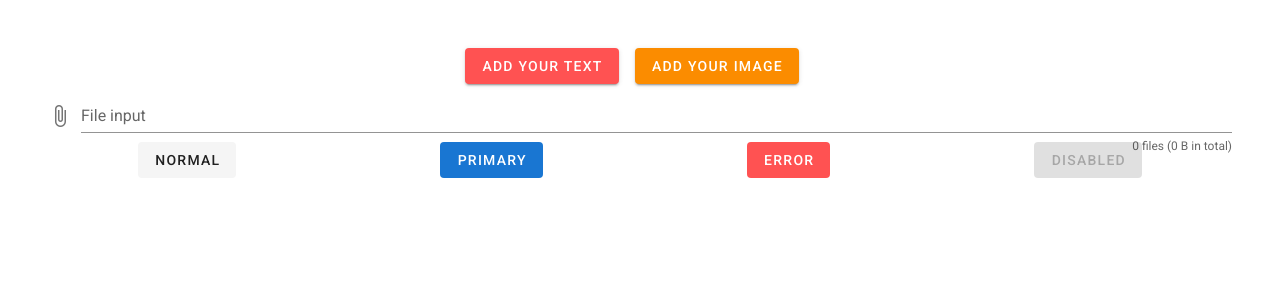
Repository: Hamagistral/BannerApp-Vue
Page: /#/dynamicPage
An editor plug-in stored every save of this project. The page is shown before and after the next save, followed by the edit.
The browser window is 1280 px wide. The pictures show the whole page.
The project was rebuilt for these pictures with package versions that can differ from the ones it lists, and the page was loaded fresh each time. Also part of the build but not shown: vue.config.js, src/components/WidgetText.vue, src/components/WidgetImage.vue, src/components/Home.vue.

Above is the page before, as saved 2023-02-07 01:34:23.

### public/index.html
<!DOCTYPE html>
<html lang="en">
  <head>
    <meta charset="utf-8">
    <meta http-equiv="X-UA-Compatible" content="IE=edge">
    <meta name="viewport" content="width=device-width,initial-scale=1.0">
    <link rel="icon" href="<%= BASE_URL %>favicon.ico">
    <title>Banner App</title>
    <link rel="stylesheet" href="https://fonts.googleapis.com/css?family=Roboto:100,300,400,500,700,900">
    <link rel="stylesheet" href="https://cdn.jsdelivr.net/npm/@mdi/font@latest/css/materialdesignicons.min.css">
  </head>
  <body>
    <noscript>
      <strong>We're sorry but Banner App doesn't work properly without JavaScript enabled. Please enable it to continue.</strong>
    </noscript>
    <div id="app"></div>
    <!-- built files will be auto injected -->
  </body>
</html>

### src/App.vue
<template>
  <v-app>
    <v-main>
      <v-container class="pa-12" fluid>
        <router-view align="center" justify="center" ></router-view>
      </v-container>
    </v-main>
  </v-app>
</template>

<script>

export default {
  name: "App",
  components: {},
};
</script>

### src/router/index.js
import Vue from 'vue'
import VueRouter from 'vue-router'
import DynamicPage from '../components/DynamicPage'
import Home from "../components/Home";

Vue.use(VueRouter)

const routes = [
  {
    path: '/',
    name: 'home',
    component: Home
  },
  {
    path: '/dynamicPage',
    name: 'dynamicPage',
    component: DynamicPage
  },

]
const router = new VueRouter({
  routes
})

export default router

### src/components/DynamicPage.vue
<template>
  <div>
    <template>
      <v-form ref="form" v-model="valid" lazy-validation>
        <v-btn color="error" class="mr-4" @click="addMore()">
          Add Your Text
        </v-btn>

        <v-btn color="warning" class="mr-4" @click="addImage()">
          Add Your Image
        </v-btn>
        <template>
          <v-file-input
            show-size
            counter
            multiple
            label="File input"
            v-model="chosenFile"
          ></v-file-input>
        </template>
      </v-form>
    </template>

    <div v-for="(course, index) in courses" :key="`text-${index}`">
      <WidgetText></WidgetText>
    </div>
    <div v-for="(file, index) in previewImages" :key="`image-${index}`">
      <WidgetImage :previews="file" vif="file"></WidgetImage>
    </div>

    <template>
      <v-row
        align="center"
        justify="space-around"
      >
        <v-btn depressed>
          Normal
        </v-btn>
        <v-btn
          depressed
          color="primary"
        >
          Primary
        </v-btn>
        <v-btn
          depressed
          color="error"
        >
          Error
        </v-btn>
        <v-btn
          depressed
          disabled
        >
          Disabled
        </v-btn>
      </v-row>
    </template>

  </div>
</template>

<script>
import WidgetText from "./WidgetText";
import WidgetImage from "./WidgetImage";

export default {
  name: "dynamicPage",
  components: {
    WidgetText,
    WidgetImage,
  },
  props: {
    msg: String,
  },
  data() {
    return {
      chosenFile: null,
      valid: false,
      /*n ' est pas utilise*/
      preview: [
        {
          name: "AAA.jpg",
          chosenFile: "yasser",
        },
      ],
      /*---*/
      previewImages: [],
      courses: 0,
    };
  },
  watch: {
    chosenFile: {
      handler(nw, od) {
        console.log(nw);
      },
      deep: true,
    },
  },
  methods: {
    clean() {
      this.chosenFile = null;
    },
    addMore() {
      this.courses += 1;
    },
    addImage() {
      if(this.chosenFile) {
      this.previewImages.push(...this.chosenFile);
      this.clean();
      } else {
        alert('Erreur, Veuillez choisir !')
      }
    },
  },
};
</script>

Loaded but not shown: src/main.js (common file); src/store/index.js (common file); src/plugins/vuetify.js (common file)

After the next save:
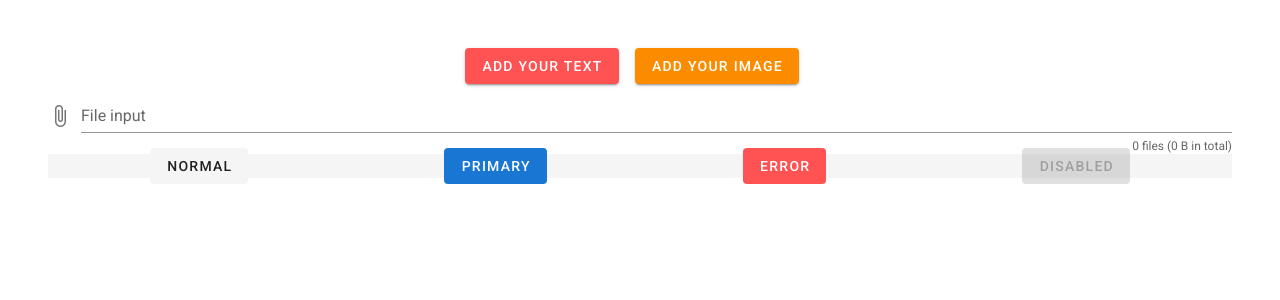
Saved 47 s later.
--- a/src/components/DynamicPage.vue
+++ b/src/components/DynamicPage.vue
@@ -28,7 +28,7 @@
       <WidgetImage :previews="file" vif="file"></WidgetImage>
     </div>
 
-    <template>
+    <v-footer>
       <v-row
         align="center"
         justify="space-around"
@@ -55,7 +55,7 @@
           Disabled
         </v-btn>
       </v-row>
-    </template>
+    </v-footer>
 
   </div>
 </template>

After the save that followed:
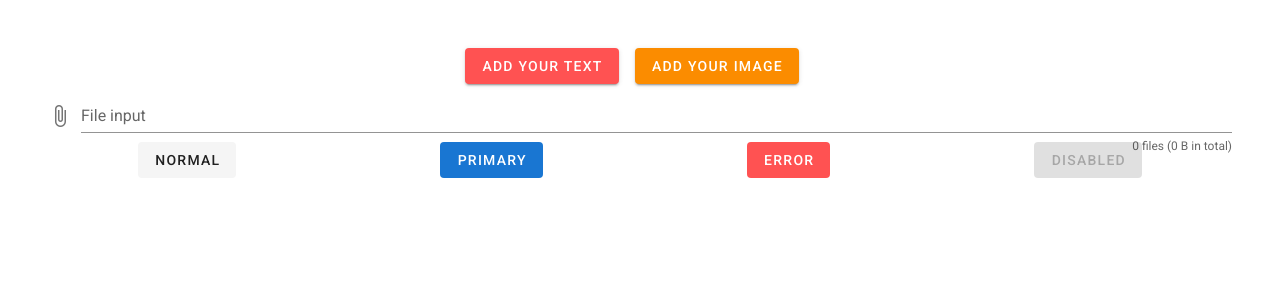
Saved 11 s later.
--- a/src/components/DynamicPage.vue
+++ b/src/components/DynamicPage.vue
@@ -28,7 +28,7 @@
       <WidgetImage :previews="file" vif="file"></WidgetImage>
     </div>
 
-    <v-footer>
+    <template>
       <v-row
         align="center"
         justify="space-around"
@@ -55,7 +55,7 @@
           Disabled
         </v-btn>
       </v-row>
-    </v-footer>
+    </template>
 
   </div>
 </template>
